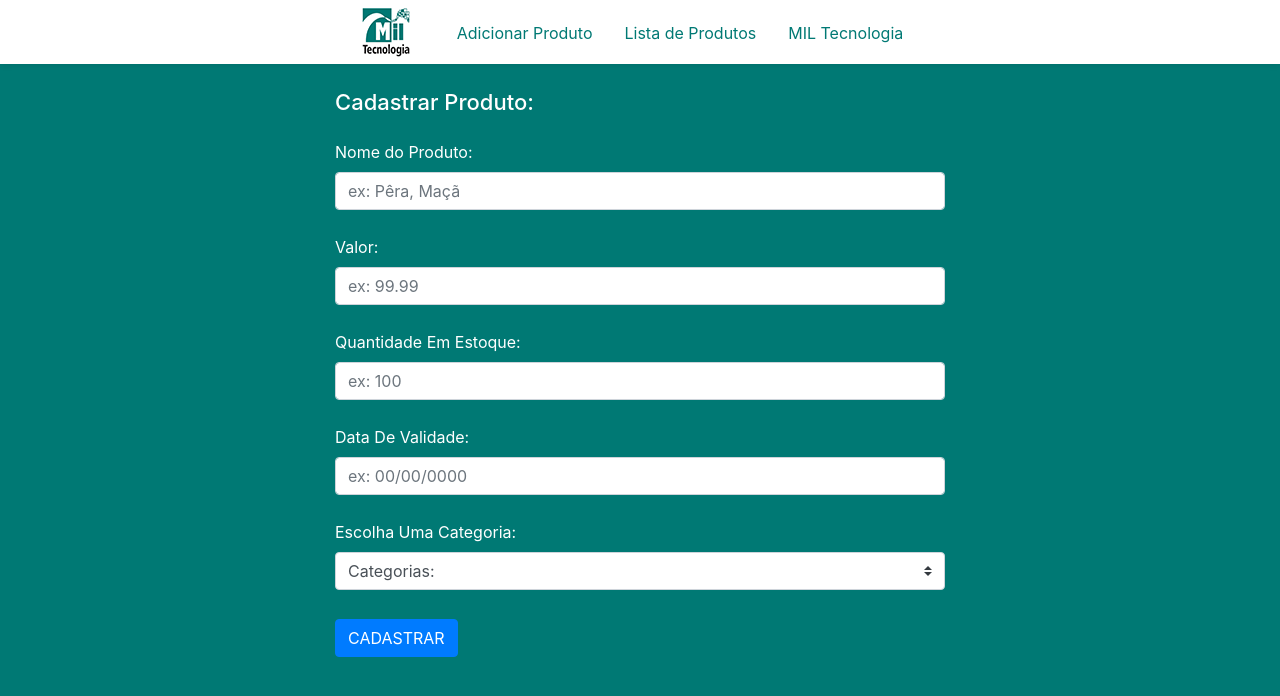
Repository: ricardofelipesilva/sistema
Page: http://localhost/site/controle.jsp
The author's editor kept a copy of each file at every save. The page is drawn from the files as they stood at one save, then again after a run of saves.
The browser window is 1280 px wide. The pictures show the whole page.
The page is served by Tomcat 9. Other server files are loaded and not shown.

Above is the page before, as saved 2019-07-01 18:11:18.

### site/WebContent/controle.jsp
<%@ taglib uri="http://java.sun.com/jsp/jstl/core" prefix="c" %>
<!DOCTYPE html>
<html>
<head>
<title>Mil Tecnologia | Cadastrar Produto</title>
<meta charset="ISO-8859-1">


<!-- ################## Cabeçalho da página ###################  -->

<c:import url="views/topo.jsp" />

<!-- ################## fim do Cabeçalho da página ###################  -->


	<form action="./novoproduto" method="post">

	<div class="col-auto my-1">
		<h2>Cadastrar Produto:</h2>
	</div>

	</form>

	<form action="./novoproduto" method="post">
  <div class="col-auto my-1 form-group">
    <label for="exampleInputEmail1">Nome do Produto:</label>
    <input  class="form-control" type="text" name="nome" placeholder="ex: Pêra, Maçã" required>
  </div>

  <div class=" col-auto my-1 form-group">
    <label for="exampleInputEmail1">Valor:</label>
    <input  class="form-control" type="text" name="valor"  placeholder="ex: 99.99" />
  </div>


  <div class=" col-auto my-1 form-group">
    <label for="exampleInputEmail1">Quantidade Em Estoque:</label>
    <input  class="form-control" type="text" name="quantidadeEstoque"  placeholder="ex: 100" />
  </div>

  <div class=" col-auto my-1 form-group">
    <label for="exampleInputEmail1">Data De Validade:</label>
    <input  class="form-control" type="text" name="dataValidade"  placeholder="ex: 00/00/0000" />
  </div>

   <div class="col-auto my-1">
  	 <label class="mr-sm-2 " for="inlineFormCustomSelect">Escolha Uma Categoria:</label>
     <select class="custom-select mr-sm-2" id="inlineFormCustomSelect" name="categoria">
       <option selected>Categorias:</option>
       <option value="1">Proteínas</option>
       <option value="2">Laticínios</option>
       <option value="3">Limpeza</option>
       <option value="4">Carnes</option>
      </select>
    </div>
 <div class=" col-auto my-1 form-group">
  <button type="submit" class="btn_enviar btn btn-primary ">CADASTRAR</button>
  </div>
</form>


</body>
</html>

### site/WebContent/views/topo.jsp

<link rel="stylesheet" href="https://stackpath.bootstrapcdn.com/bootstrap/4.3.1/css/bootstrap.min.css" integrity="sha384-ggOyR0iXCbMQv3Xipma34MD+dH/1fQ784/j6cY/iJTQUOhcWr7x9JvoRxT2MZw1T" crossorigin="anonymous">

<script src="https://code.jquery.com/jquery-3.3.1.slim.min.js" integrity="sha384-q8i/X+965DzO0rT7abK41JStQIAqVgRVzpbzo5smXKp4YfRvH+8abtTE1Pi6jizo" crossorigin="anonymous"></script>
<script src="https://cdnjs.cloudflare.com/ajax/libs/popper.js/1.14.7/umd/popper.min.js" integrity="sha384-UO2eT0CpHqdSJQ6hJty5KVphtPhzWj9WO1clHTMGa3JDZwrnQq4sF86dIHNDz0W1" crossorigin="anonymous"></script>
<script src="https://stackpath.bootstrapcdn.com/bootstrap/4.3.1/js/bootstrap.min.js" integrity="sha384-JjSmVgyd0p3pXB1rRibZUAYoIIy6OrQ6VrjIEaFf/nJGzIxFDsf4x0xIM+B07jRM" crossorigin="anonymous"></script>

<link rel="stylesheet" href="css/style.css"/>
</head>
<body>

	<header>
		<ul class="nav justify-content-center">
		  <li class="nav-item">
		  <img src="img/logo_menor.png">
		  </li>
		  <li class="nav-item">
		    <a class="nav-link active" href="./controle.jsp" title="Clique para ultilizar nosso formulário de cadastro de produtos.">Adicionar Produto</a>
		  </li>
		  <li class="nav-item">
		    <a class="nav-link" href="./listar" title="Clique para visualizar todos os produtos no estoque.">Lista de Produtos</a>
		  </li>

		   <li class="nav-item">
		    <a class="nav-link" target="_blank" href="http://www.miltecnologia.com.br" title="Clique para visualizar todos os produtos no estoque.">MIL Tecnologia</a>
		  </li>
		</ul>
	</header>

### site/WebContent/css/style.css
/* TOPO DO SITE */

body{
  background: #007974;
}

header{
	padding: 7px;
	box-shadow: 0px 0px 7px 0px #00000021;
	margin-bottom: 25px;
	background:#fff;
}

.nav-item img{
	display:block;
	margin: auto;
	padding-right: 30px;
}

.nav-item a{
	padding-top: 14px;
	color: #007974;
	boder-bottom: 3px solid #fff;
	transition: 0.5s;
}

.nav-item a:hover{
	boder-bottom: 3px solid  #007974;

}


h2{
	font-size: 22px;
	color:#fff;
}



/* Formularios */

form{
	max-width: 50%;
	margin:auto;
	margin-top: 25px;
}

form label{
	margin-top: 25px;
	display:block;
	color: #fff;
}


form .btn-primary{
	margin-top: 25px;
	display:block!;
	backhtound:#283a4c;
}

After the next 2 saves:
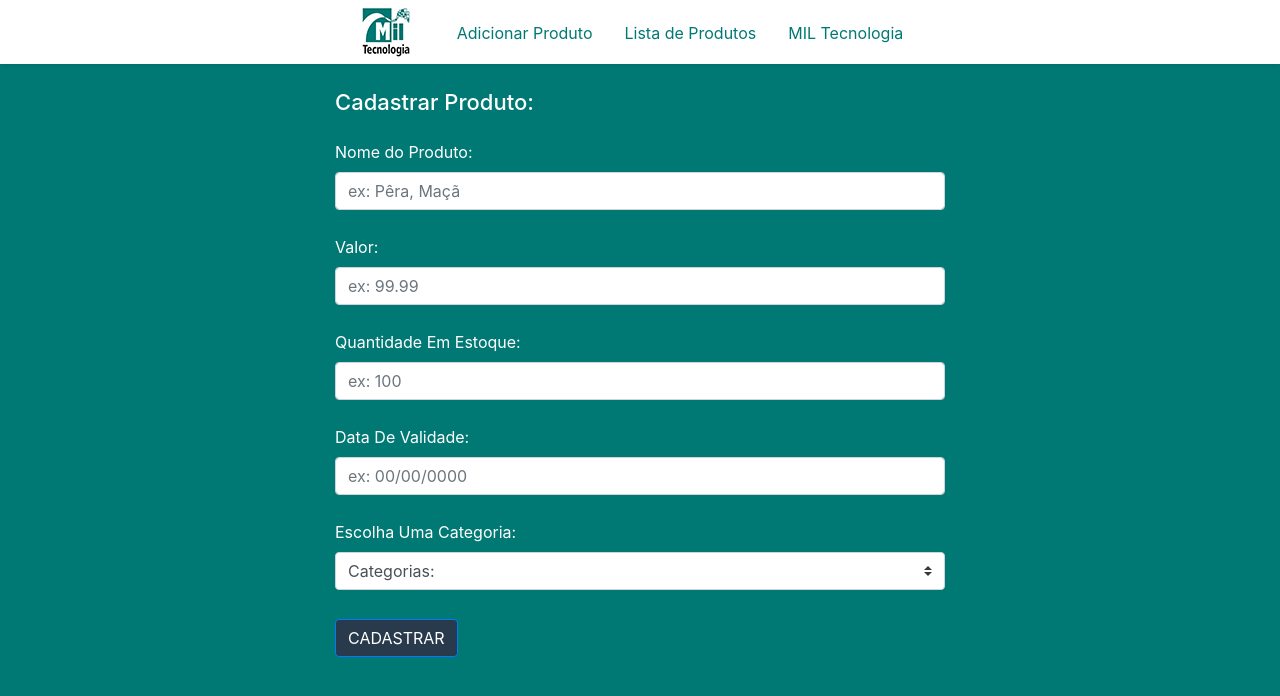
The 2 saves are shown as one change because they came seconds apart.
The last was saved 14 s later.
--- a/site/WebContent/css/style.css
+++ b/site/WebContent/css/style.css
@@ -55,5 +55,5 @@ form label{
 form .btn-primary{
 	margin-top: 25px;
 	display:block!;
-	backhtound:#283a4c;
+	background:#283a4c;
 }
